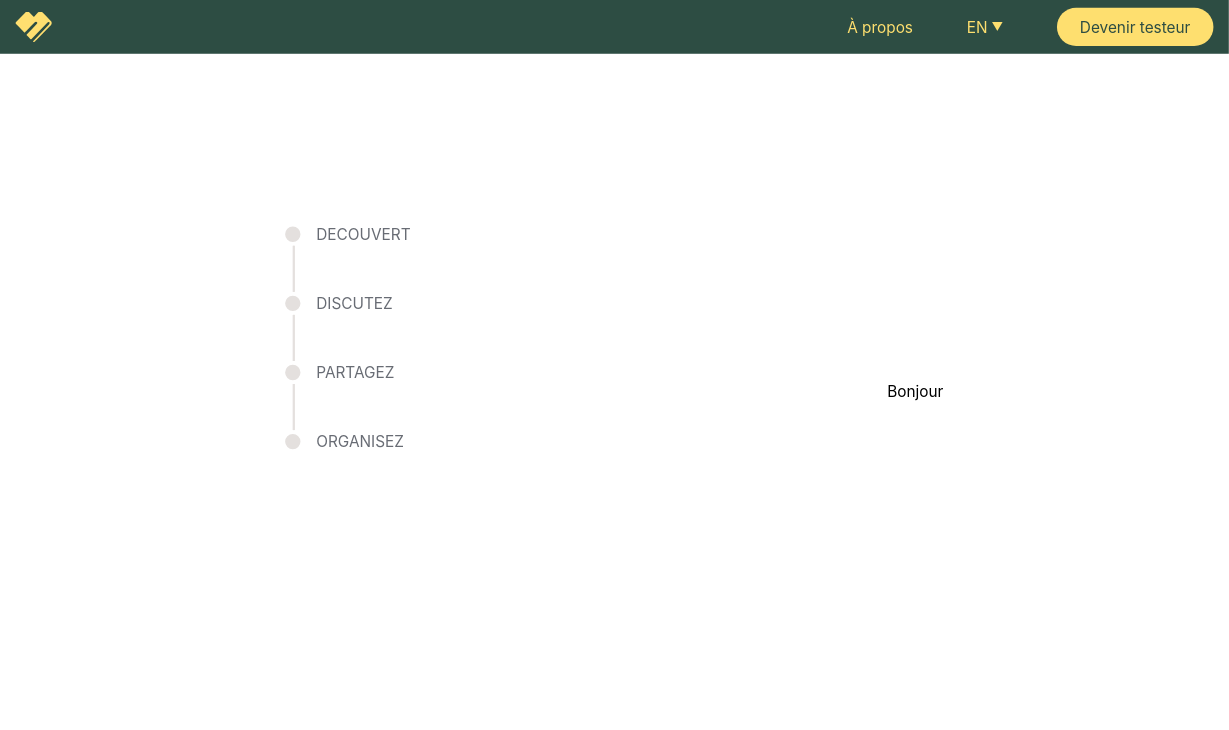
Repository: enas-elm/bookish-landing
Page: /
The author's editor kept a copy of each file at every save. The page is drawn from the files as they stood at one save, then again after a run of saves.
The browser window is 1280 px wide. The pictures show the whole page, at 96% of full size.
The project was rebuilt for these pictures with package versions that can differ from the ones it lists, and the page was loaded fresh each time.

Above is the page before, as saved 2024-09-12 10:04:40.

After the next 3 saves:
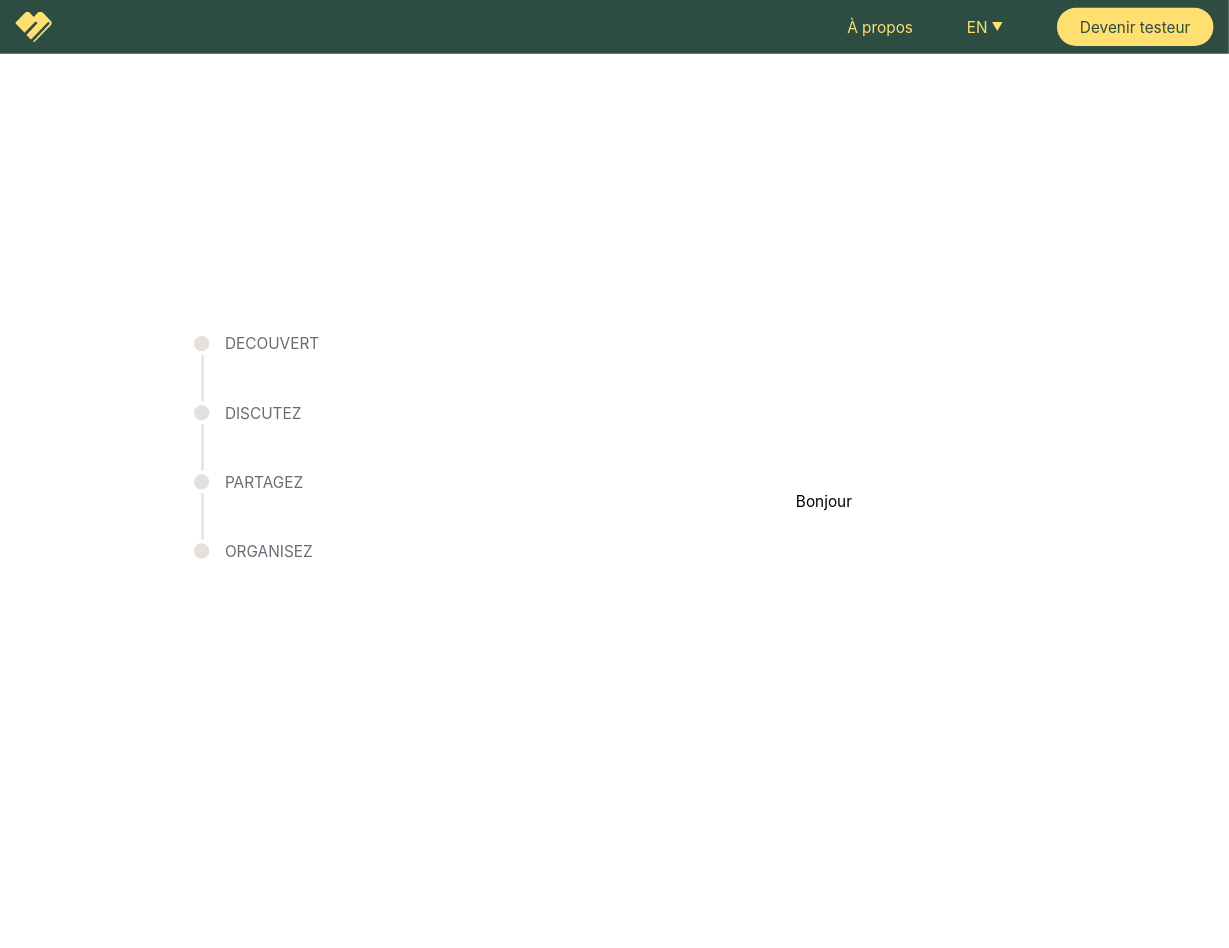
The 3 saves are shown as one change because they came seconds apart.
The last was saved 8 s later.
--- a/src/components/TimeLine.js
+++ b/src/components/TimeLine.js
@@ -88,7 +88,7 @@ function TimelineMenu() {
 
       {/* Details Section */}
       <div
-        className="w- h-96 flex flex-col justify-center items-center p-4"
+        className="w-471 h-611 flex flex-col justify-center items-center p-4"
         style={{
           backgroundColor: selectedItem ? selectedItem.color : "#ffffff",
         }}
